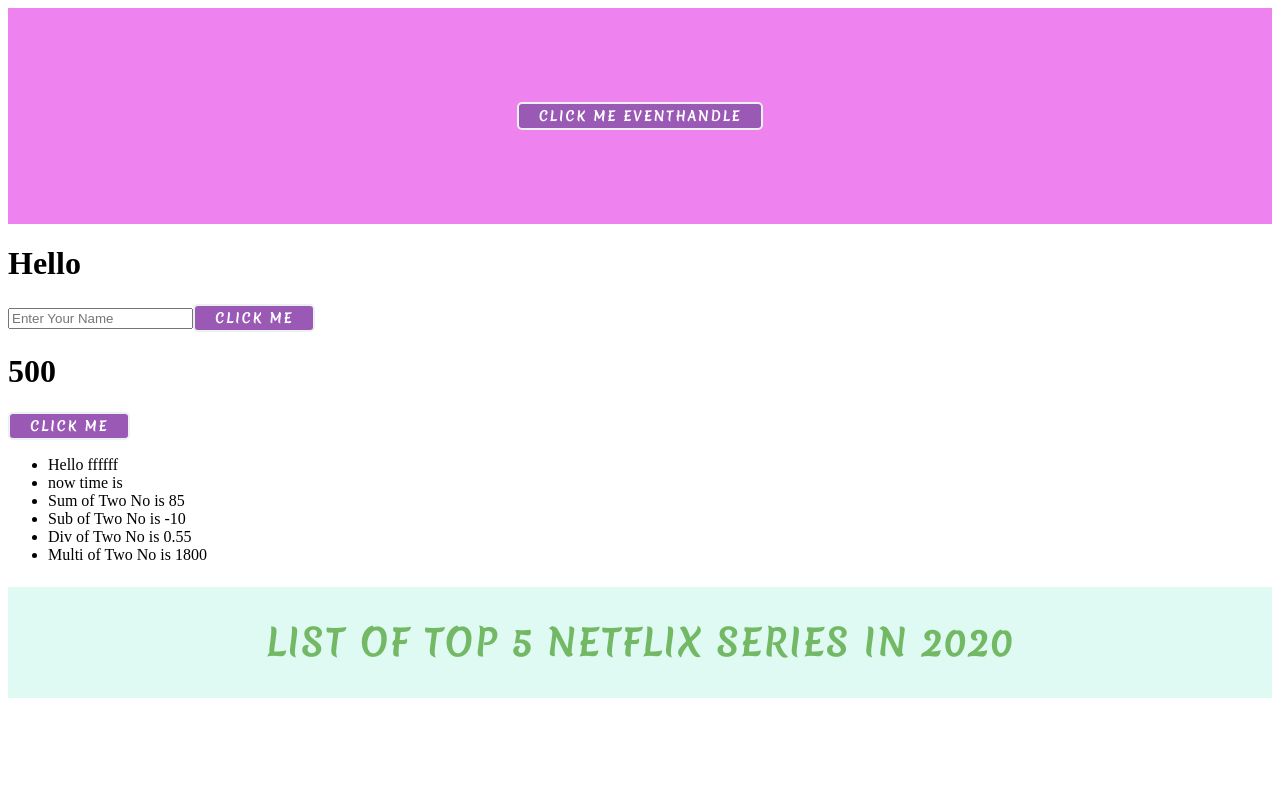
Repository: hardik2626/reactlearn2020
Page: /
These files come from the project's save history. The page is drawn as it stood at one moment and after the next save; the edit follows.
The browser window is 1280 px wide. The pictures show the part of the page from y = 0 to 804 px (the page is 1828 px tall).
Pictures or frames that could not be fetched are drawn as grey boxes. The project was rebuilt for these pictures with package versions that can differ from the ones it lists, and the page was loaded fresh each time.

Above is the page before, as saved 2020-10-10 10:35:05.

After the next save:
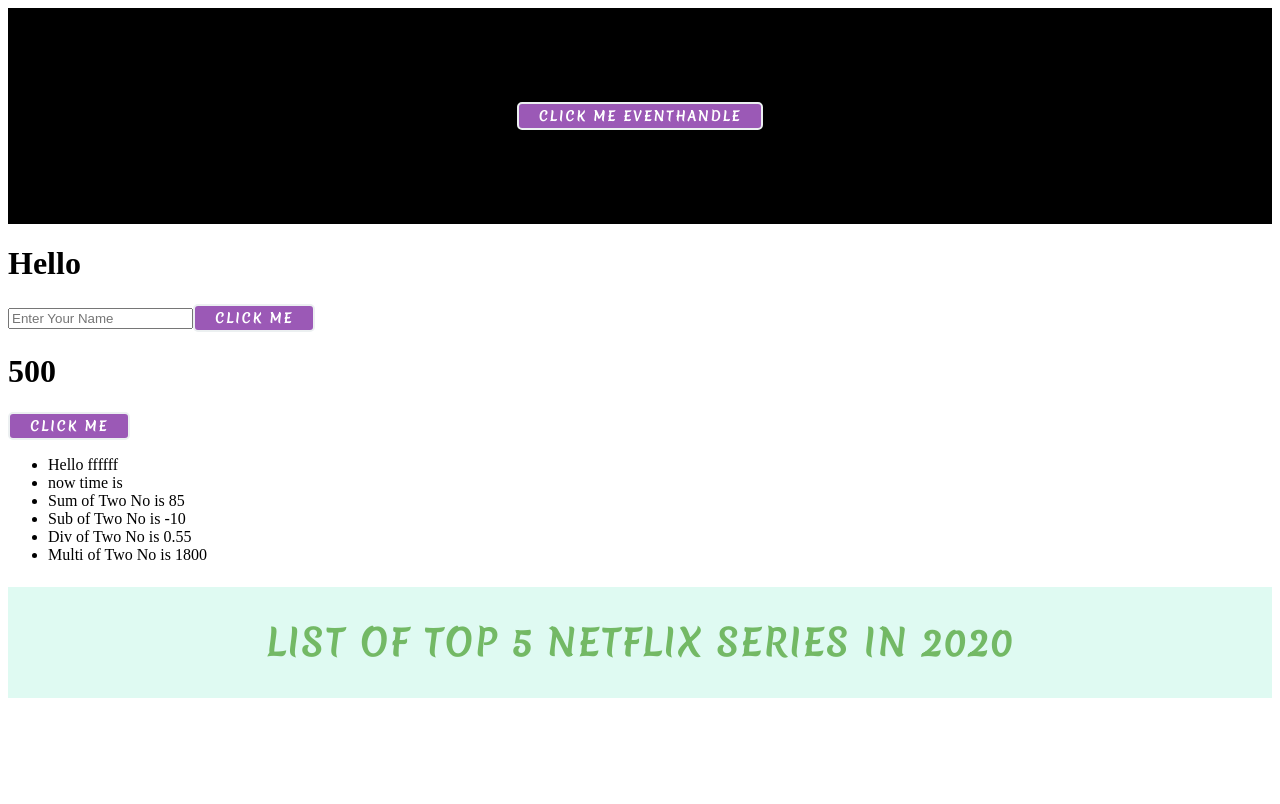
Saved 53 s later.
--- a/src/Eventhand.js
+++ b/src/Eventhand.js
@@ -1,7 +1,7 @@
 import React, { Component, useState } from 'react'
 
 const Eventhand = () => {
-        const purple = "#8e445s";
+        const purple = "#000";
         const [bg,setBg] = useState(purple)
         const bgChange = () => {
                 console.log('clickkk');
